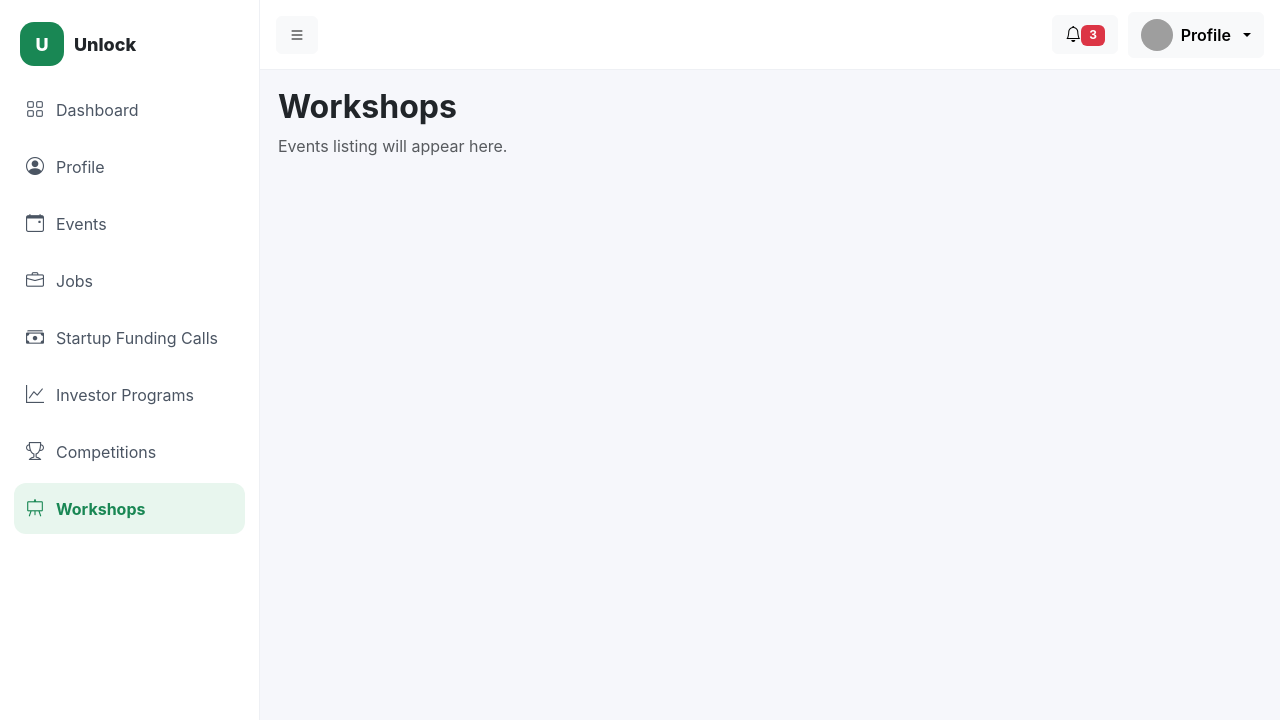
Repository: avmaurya07/unlock-dashboard
Page: /publisher/workshops
The author's editor kept a copy of each file at every save. The page is drawn from the files as they stood at one save, then again after the next save.
The browser window is 1280 px wide. The pictures show the whole page.
Pictures or frames that could not be fetched are drawn as grey boxes. The project was rebuilt for these pictures with package versions that can differ from the ones it lists, and the page was loaded fresh each time. Also part of the build but not shown: vite.config.js, src/index.css, src/pages/Login.jsx, src/components/Sidebar.jsx, src/components/Topbar.jsx, src/layout/MainLayout.jsx, src/components/DashboardCard.jsx, src/pages/Dashboard.jsx and 28 more.

Above is the page before, as saved 2026-01-09 17:02:39.

### index.html
<!doctype html>
<html lang="en">
  <head>
    <meta charset="UTF-8" />
    <link rel="icon" type="image/svg+xml" href="/vite.svg" />
    <meta name="viewport" content="width=device-width, initial-scale=1.0" />
    <title>unlock-dashboard</title>
  </head>
  <body>
    <div id="root"></div>
    <script type="module" src="/src/main.jsx"></script>
  </body>
</html>

### src/main.jsx
import { StrictMode } from 'react'
import { createRoot } from 'react-dom/client'
import './index.css'
import App from './App.jsx'
import 'bootstrap/dist/css/bootstrap.min.css';
import 'react-toastify/dist/ReactToastify.css';
import "bootstrap-icons/font/bootstrap-icons.css";
import "./styles/theme.css";
import "bootstrap/dist/js/bootstrap.bundle.min.js";

createRoot(document.getElementById('root')).render(
  <StrictMode>
    <App />
  </StrictMode>,
)

### src/App.jsx
import { BrowserRouter, Routes, Route, Navigate } from "react-router-dom";

import Login from "./pages/Login";

// Layout
import MainLayout from "./layout/MainLayout";

// Shared Pages
import Dashboard from "./pages/Dashboard";

// Publisher Pages
// import Events from "./pages/Events";
// import Jobs from "./pages/Jobs";
// import FundingCalls from "./pages/FundingCalls";
// import InvestorPrograms from "./pages/InvestorPrograms";
// import Competitions from "./pages/Competitions";
// import Workshops from "./pages/Workshops";
import RegisterPublisher from "./pages/RegisterPublisher";

import PublisherLayout from "./layout/PublisherLayout";
import PublisherDashboard from "./pages/publisher/PublisherDashboard";
import Events from "./pages/publisher/Events";
import Jobs from "./pages/publisher/Jobs";
import FundingCalls from "./pages/publisher/FundingCalls";
import InvestorPrograms from "./pages/publisher/InvestorPrograms";
import Competitions from "./pages/publisher/Competitions";
import Workshops from "./pages/publisher/Workshops";

// User + Admin
import UserDashboard from "./pages/UserDashboard";
// import PublisherDashboard from "./pages/PublisherDashboard";
import AdminDashboard from "./pages/AdminDashboard";
import AdminLayout from "./layout/AdminLayout";
import PendingListings from "./pages/admin/PendingListings";
import AllListings from "./pages/admin/AllListings";
import Publishers from "./pages/admin/Publishers";
import Users from "./pages/admin/Users";
import Subscriptions from "./pages/admin/Subscriptions";
import PublisherTypes from "./pages/admin/PublisherTypes";


function App() {
  return (
    <BrowserRouter>
      <Routes>

        {/* PUBLIC ROUTE */}
        <Route path="/" element={<Login />} />
        <Route path="/register-publisher" element={<RegisterPublisher />} />

        {/* USER DASHBOARD */}
        <Route path="/dashboard/user" element={<UserDashboard />} />

        {/* ADMIN DASHBOARD */}
        {/* <Route path="/dashboard/admin" element={<AdminLayout />}>
          <Route index element={<AdminDashboard />} />
        </Route>

        <Route path="/admin/listings/pending" element={<AdminLayout />}>
          <Route index element={<PendingListings />} />
        </Route> */}

        <Route path="/admin" element={<AdminLayout />}>
          <Route path="dashboard" element={<AdminDashboard />} />
          <Route path="listings/pending" element={<PendingListings />} />
          <Route path="listings" element={<AllListings />} />
          <Route path="publishers" element={<Publishers />} />
          <Route path="publisher-types" element={<PublisherTypes />} />
          <Route path="users" element={<Users />} />
          <Route path="subscriptions" element={<Subscriptions />} />
        </Route>



        {/* PUBLISHER DASHBOARD (WITH SIDEBAR + TOPBAR) */}
        {/* <Route path="/dashboard/publisher" element={<MainLayout />}>
          <Route index element={<Dashboard />} />


          <Route path="events" element={<Events />} />
          <Route path="jobs" element={<Jobs />} />
          <Route path="funding-calls" element={<FundingCalls />} />
          <Route path="investor-programs" element={<InvestorPrograms />} />
          <Route path="competitions" element={<Competitions />} />
          <Route path="workshops" element={<Workshops />} />
        </Route> */}


        <Route path="/publisher" element={<PublisherLayout />}>
          <Route path="dashboard" element={<PublisherDashboard />} />
          <Route path="events" element={<Events />} />
          <Route path="jobs" element={<Jobs />} />
          <Route path="funding-calls" element={<FundingCalls />} />
          <Route path="investor-programs" element={<InvestorPrograms />} />
          <Route path="competitions" element={<Competitions />} />
          <Route path="workshops" element={<Workshops />} />
        </Route>

      </Routes>
    </BrowserRouter>
  );
}

export default App;

### src/styles/theme.css
/* ===== Ventic UI Global Styles ===== */

body {
  margin: 0;
  padding: 0;
  background: #f4f6f9; /* Light gray clean background */
  font-family: "Inter", sans-serif;
}

/* Remove bootstrap container limits */
.container {
  max-width: 100% !important;
}

/* Utility classes */
.text-gray {
  color: #6c757d;
}

/* Headings */
h1, h2, h3, h4, h5 {
  font-weight: 700;
  color: #212529;
}

/* Card Shadows */
.card-v {
  border: none !important;
  border-radius: 12px !important;
  background: #fff;
  box-shadow: 0 2px 10px rgba(0,0,0,0.08);
  padding: 20px;
  transition: all 0.2s ease;
}

.card-v:hover {
  transform: translateY(-2px);
  box-shadow: 0 4px 14px rgba(0, 0, 0, 0.12);
}


/* ===== Sidebar Ventic Style ===== */

.sidebar-container {
  width: 260px;
  min-height: 100vh;
  background: #ffffff;
  padding-top: 20px;
  border-right: 1px solid #e9ecef;
}

.sidebar-header {
  font-size: 22px;
  font-weight: 700;
  padding: 0 22px;
  margin-bottom: 20px;
}

.sidebar-menu li {
  margin-bottom: 6px;
}

.sidebar-link {
  display: flex;
  align-items: center;
  padding: 12px 22px;
  font-size: 15px;
  text-decoration: none;
  color: #495057;
  font-weight: 500;
  border-radius: 8px;
  transition: all 0.15s ease;
}

.sidebar-link:hover {
  background: #f1f3f5;
  color: #000;
}

.sidebar-link.active {
  background: #e7f1ff;
  color: #0d6efd !important;
  font-weight: 600;
}


/* ===== Topbar Ventic Style ===== */

.topbar {
  height: 70px;
  background: #fff;
  padding: 0 30px;
  display: flex;
  justify-content: space-between;
  align-items: center;
}

.notification-wrapper {
  cursor: pointer;
}

.notif-badge {
  position: absolute;
  top: -6px;
  right: -10px;
  font-size: 12px;
}



/* Layout shell */
.ventic-shell {
  display: flex;
  min-height: 100vh;
  width: 100%;
  background: #f6f7fb;
}

/* Sidebar */
.ventic-sidebar {
  width: 260px;
  background: #ffffff;
  border-right: 1px solid #eef0f4;
  padding: 14px;
  transition: width 0.2s ease;
}

.ventic-sidebar.collapsed {
  width: 80px;
}

.ventic-sidebar__brand {
  display: flex;
  align-items: center;
  gap: 10px;
  padding: 8px 6px 18px;
}

.ventic-logo {
  width: 44px;
  height: 44px;
  border-radius: 14px;
  background: #198754;
  color: #fff;
  display: grid;
  place-items: center;
  font-weight: 800;
  font-size: 18px;
}

.ventic-brand-text {
  font-weight: 800;
  font-size: 18px;
}

.ventic-sidebar__menu {
  display: flex;
  flex-direction: column;
  gap: 6px;
}

/* Nav links */
.ventic-nav {
  display: flex;
  align-items: center;
  gap: 12px;
  padding: 12px 12px;
  border-radius: 12px;
  text-decoration: none;
  color: #4b5563;
}

.ventic-nav:hover {
  background: #f3f4f6;
}

.ventic-nav.active {
  background: #e8f6ee;
  color: #198754;
  font-weight: 700;
}

.ventic-nav__icon {
  font-size: 18px;
}

/* Main */
.ventic-main {
  flex: 1;
  display: flex;
  flex-direction: column;
  min-width: 0;
}

.ventic-topbar {
  height: 70px;
  background: #ffffff;
  border-bottom: 1px solid #eef0f4;
  padding: 0 16px;
  display: flex;
  align-items: center;
  justify-content: space-between;
}

.ventic-topbar__right {
  display: flex;
  align-items: center;
  gap: 10px;
}

.ventic-content {
  padding: 18px;
}

/* Mobile: hide sidebar or collapse */
@media (max-width: 992px) {
  .ventic-sidebar {
    width: 80px;
  }
  .ventic-brand-text,
  .ventic-nav__text {
    display: none;
  }
}

### src/layout/PublisherLayout.jsx
import { Outlet } from "react-router-dom";
import PublisherSidebar from "../components/publisher/PublisherSidebar";
import PublisherTopbar from "../components/publisher/PublisherTopbar";
import { useState } from "react";

export default function PublisherLayout() {
  const [collapsed, setCollapsed] = useState(false);

  return (
    <div className="ventic-shell">
      <PublisherSidebar collapsed={collapsed} />

      <div className="ventic-main">
        <PublisherTopbar onToggle={() => setCollapsed((v) => !v)} />
        <div className="ventic-content">
          <Outlet />
        </div>
      </div>
    </div>
  );
}

### src/pages/publisher/Workshops.jsx
export default function Events() {
  return (
    <div>
      <h2 className="mb-2">Workshops</h2>
      <p className="text-muted">Events listing will appear here.</p>
    </div>
  );
}

### src/components/publisher/PublisherSidebar.jsx
import { NavLink } from "react-router-dom";

const menu = [
  { label: "Dashboard", icon: "bi-grid", to: "/publisher/dashboard" },
  { label: "Profile", icon: "bi-person-circle", to: "/publisher/profile" },
  { label: "Events", icon: "bi-calendar-event", to: "/publisher/events" },
  { label: "Jobs", icon: "bi-briefcase", to: "/publisher/jobs" },
  { label: "Startup Funding Calls", icon: "bi-cash-stack", to: "/publisher/funding-calls" },
  { label: "Investor Programs", icon: "bi-graph-up", to: "/publisher/investor-programs" },
  { label: "Competitions", icon: "bi-trophy", to: "/publisher/competitions" },
  { label: "Workshops", icon: "bi-easel", to: "/publisher/workshops" },
];

export default function PublisherSidebar({ collapsed }) {
  return (
    <div className={`ventic-sidebar ${collapsed ? "collapsed" : ""}`}>
      <div className="ventic-sidebar__brand">
        <div className="ventic-logo">U</div>
        {!collapsed && <div className="ventic-brand-text">Unlock</div>}
      </div>

      <div className="ventic-sidebar__menu">
        {menu.map((item) => (
          <NavLink
            key={item.to}
            to={item.to}
            className={({ isActive }) => `ventic-nav ${isActive ? "active" : ""}`}
          >
            <i className={`bi ${item.icon} ventic-nav__icon`} />
            {!collapsed && <span className="ventic-nav__text">{item.label}</span>}
          </NavLink>
        ))}
      </div>
    </div>
  );
}

### src/components/publisher/PublisherTopbar.jsx
import { logout } from "../../utils/auth";

export default function PublisherTopbar({ onToggle }) {
  return (
    <div className="ventic-topbar">
      <button className="btn btn-light ventic-icon-btn" onClick={onToggle}>
        <i className="bi bi-list" />
      </button>

      <div className="ventic-topbar__right">
        <button className="btn btn-light ventic-icon-btn position-relative">
          <i className="bi bi-bell" />
          <span className="badge bg-danger ventic-badge">3</span>
        </button>

        <div className="dropdown">
          <button
            className="btn btn-light d-flex align-items-center gap-2 dropdown-toggle"
            data-bs-toggle="dropdown"
          >
            <img
              src="https://i.pravatar.cc/40"
              alt="profile"
              className="rounded-circle"
              width="32"
              height="32"
            />
            <span className="fw-semibold">Profile</span>
          </button>

          <ul className="dropdown-menu dropdown-menu-end">
            <li><button className="dropdown-item">My Profile</button></li>
            <li>
              <button
                className="dropdown-item text-danger"
                onClick={() => {
                  logout();
                  window.location.href = "/";
                }}
              >
                Logout
              </button>
            </li>
          </ul>
        </div>
      </div>
    </div>
  );
}

Loaded but not shown: src/utils/mockStore.js (18 lines, source omitted); src/utils/auth.js (15 lines, source omitted); src/pages/publisher/ListingManager.jsx (362 lines, source omitted)

After the next save:
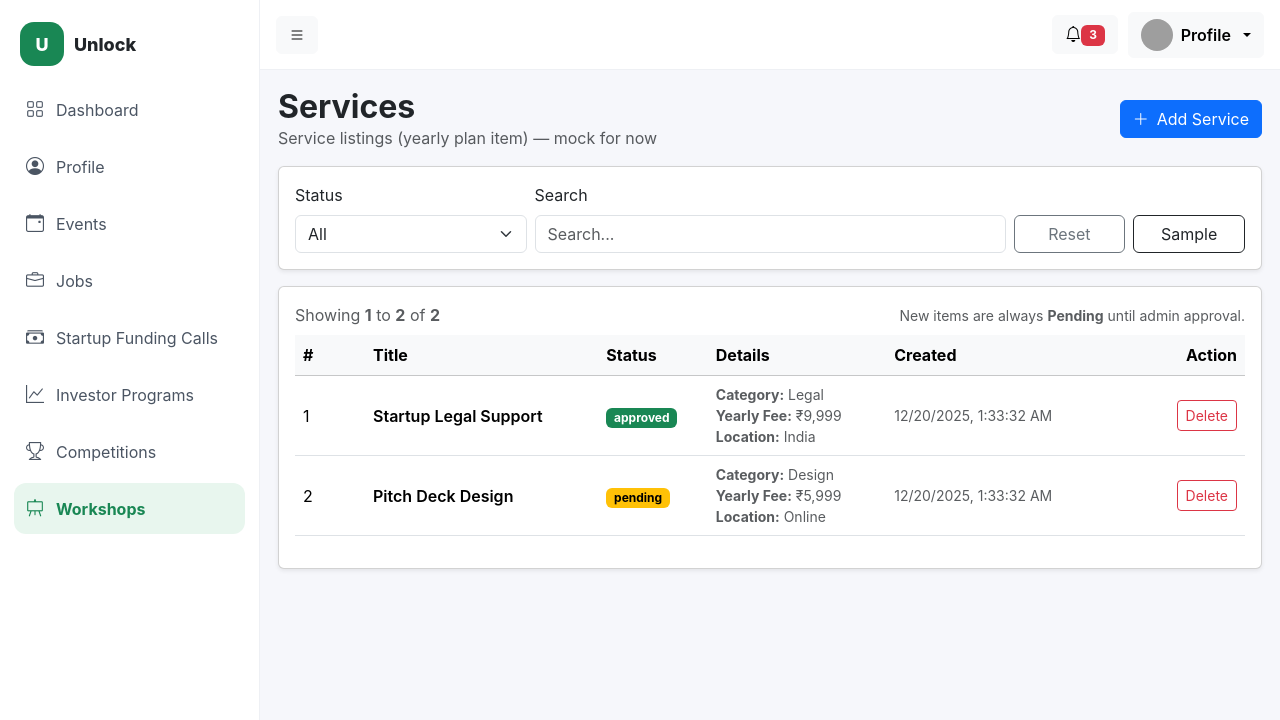
Saved 15 s later.
--- a/src/pages/publisher/Workshops.jsx
+++ b/src/pages/publisher/Workshops.jsx
@@ -1,8 +1,24 @@
-export default function Events() {
+import ListingManager from "./ListingManager";
+
+export default function Services() {
   return (
-    <div>
-      <h2 className="mb-2">Workshops</h2>
-      <p className="text-muted">Events listing will appear here.</p>
-    </div>
+    <ListingManager
+      typeKey="services"
+      title="Services"
+      subtitle="Service listings (yearly plan item) — mock for now"
+      addButtonText="Add Service"
+      searchKeys={["title", "category"]}
+      fields={[
+        { name: "title", label: "Service Title", required: true, col: "col-md-6" },
+        { name: "category", label: "Category", col: "col-md-6", placeholder: "Tech / Civil / Automotive..." },
+        { name: "yearlyFee", label: "Yearly Fee", col: "col-md-6", placeholder: "e.g. ₹9,999", type: "text" },
+        { name: "location", label: "Location", col: "col-md-6" },
+        { name: "description", label: "Details", type: "textarea", required: true, col: "col-12" },
+      ]}
+      sampleData={[
+        { _id: "s1", title: "Startup Legal Support", category: "Legal", yearlyFee: "₹9,999", location: "India", status: "approved", createdAt: new Date().toISOString() },
+        { _id: "s2", title: "Pitch Deck Design", category: "Design", yearlyFee: "₹5,999", location: "Online", status: "pending", createdAt: new Date().toISOString() },
+      ]}
+    />
   );
 }
